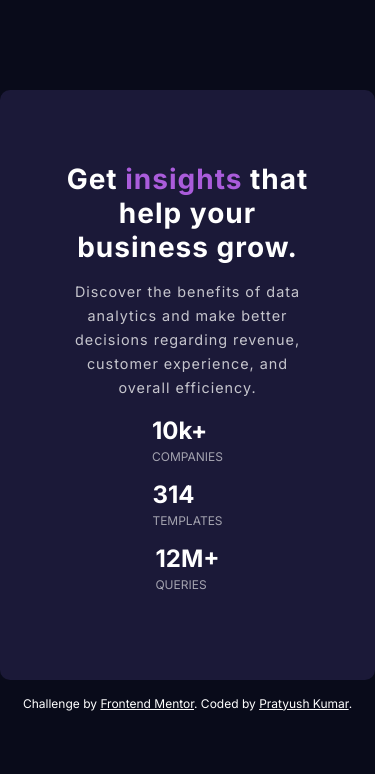
Repository: PratypartyY2K/frontendmentor-challenges
Page: stats-preview-card-component-main/index.html
The author's editor kept a copy of each file at every save. The page is drawn from the files as they stood at one save, then again after the next save.
The browser window is 375 px wide. The pictures show the whole page.

Above is the page before, as saved 2021-07-14 02:20:56.

After the next save:
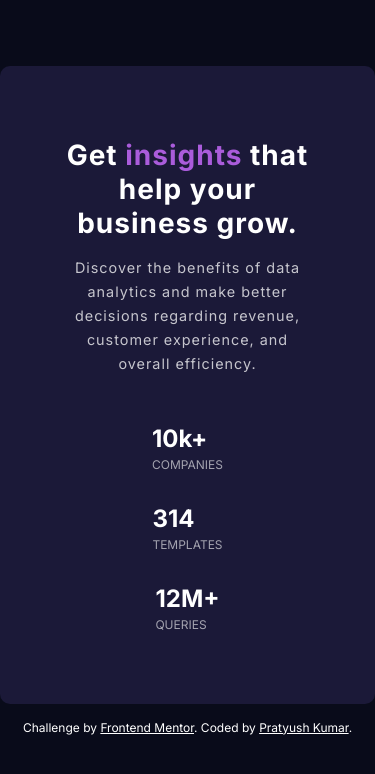
Saved 18 s later.
--- a/stats-preview-card-component-main/style.css
+++ b/stats-preview-card-component-main/style.css
@@ -120,7 +120,7 @@ h3 {
     }
 
     .stats > div {
-        padding-bottom: 1rem;
+        margin-top: 2rem;
         text-align: center;
     }
 
